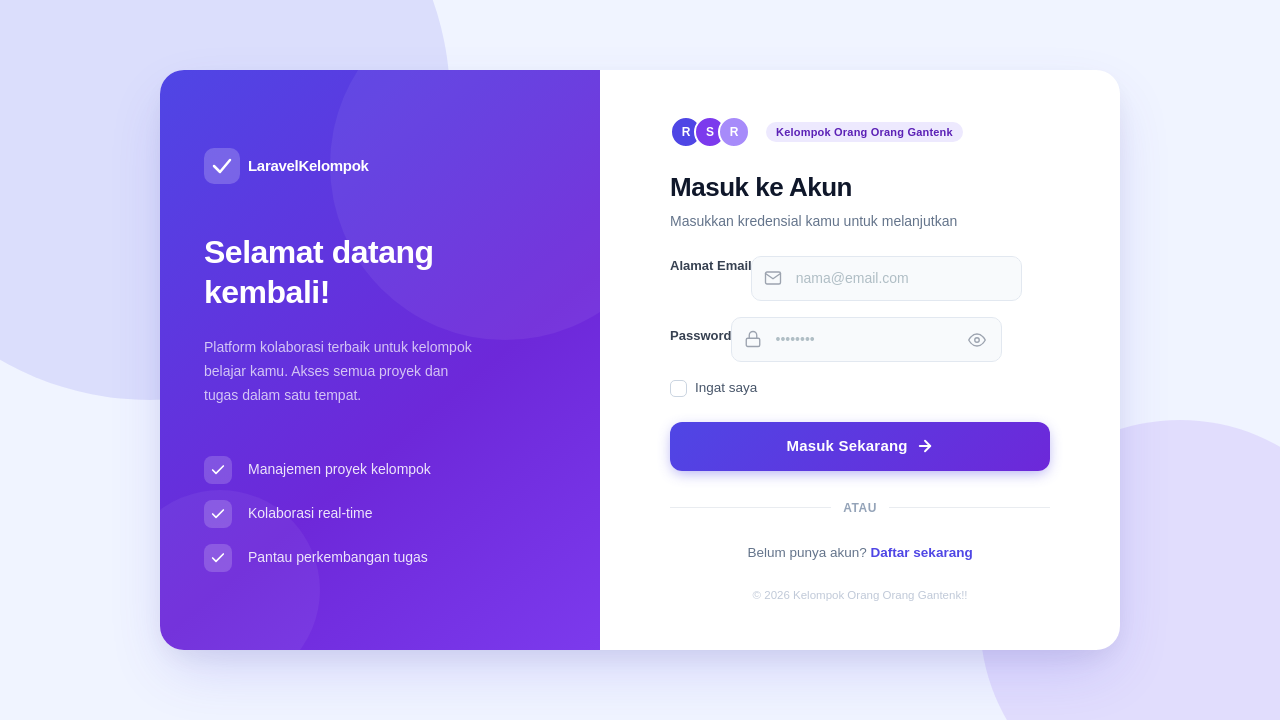
Repository: Risalagustian5/kelompok-rsr
Page: http://localhost/login
The author's editor kept a copy of each file at every save. The page is drawn from the files as they stood at one save, then again after a run of saves.
The browser window is 1280 px wide. The pictures show the whole page.
Some web fonts or font styles are not loaded; a fallback is used. The page is served by the project's Laravel application, run on PHP 8.4 with Laravel 12. Other server files are loaded and not shown.

Above is the page before, as saved 2026-07-12 21:54:28.

### routes/web.php
<?php
use App\Http\Controllers\PhotoController;
use Illuminate\Support\Facades\Route;
use App\Http\Controllers\AuthController;
use App\Http\Controllers\Api\VillaController;
use App\Http\Controllers\Api\BookingController;

// ── GUEST ONLY ──────────
Route::middleware('guest')->group(function () {
    Route::get('/',         [AuthController::class, 'showLogin']);
    Route::get('/login',    [AuthController::class, 'showLogin'])->name('login');
    Route::post('/login',   [AuthController::class, 'login']);
    Route::get('/register', [AuthController::class, 'showRegister'])->name('register');
    Route::post('/register',[AuthController::class, 'register']);
});

// ── LOGOUT ──────────────
Route::post('/logout', [AuthController::class, 'logout'])->name('logout')->middleware('auth');

// ════════════════════════════════════════════════════
// USER ROUTES (role: user)
// ════════════════════════════════════════════════════
Route::middleware(['auth', 'role:user'])->group(function () {
    Route::get('/dashboard', [AuthController::class, 'dashboard'])->name('dashboard');
    Route::get('/profile',   [AuthController::class, 'showProfile'])->name('profile');
    Route::post('/profile',  [AuthController::class, 'updateProfile'])->name('profile.update');
    Route::get('/tentang',   [AuthController::class, 'tentangKelompok'])->name('tentang');
    Route::get('/pengaturan',[AuthController::class, 'showPengaturan'])->name('pengaturan');
    Route::post('/pengaturan/password',[AuthController::class, 'updatePassword'])->name('pengaturan.password');

    // Villa (Blade)
    Route::get('/villas',       [VillaController::class, 'index'])->name('villas.index');
    Route::get('/villas/{id}',  [VillaController::class, 'show'])->name('villas.show');

    // Booking (Blade)
  // Pastikan baris ini ada:
    Route::post('/villas/{id}/book', [VillaController::class, 'storeBooking'])->name('villas.book');
    Route::get('/history',                [VillaController::class, 'historyBooking'])->name('history');
    Route::patch('/bookings/{id}/cancel', [VillaController::class, 'userCancelBooking'])->name('bookings.user.cancel');
});

// ════════════════════════════════════════════════════
// ADMIN ROUTES (role: admin)
// ════════════════════════════════════════════════════
Route::middleware(['auth', 'role:admin'])->prefix('admin')->name('admin.')->group(function () {
    Route::get('/dashboard', [AuthController::class, 'adminDashboard'])->name('dashboard');

    // Manajemen Users
    Route::get('/users',                        [AuthController::class, 'adminUsers'])->name('users');
    Route::get('/users/{user}/edit',            [AuthController::class, 'adminEditUser'])->name('users.edit');
    Route::put('/users/{user}',                 [AuthController::class, 'adminUpdateUser'])->name('users.update');
    Route::delete('/users/{user}',              [AuthController::class, 'adminDeleteUser'])->name('users.destroy');
    Route::post('/users/{user}/reset-password', [AuthController::class, 'adminResetPassword'])->name('users.reset-password');

    // Manajemen Villa (Blade)
    Route::get('/villas',           [VillaController::class, 'adminIndex'])->name('villas.index');
    Route::get('/villas/create',    [VillaController::class, 'create'])->name('villas.create');
    Route::post('/villas',          [VillaController::class, 'store'])->name('villas.store');
    Route::get('/villas/{id}/edit', [VillaController::class, 'edit'])->name('villas.edit');
    Route::put('/villas/{id}',      [VillaController::class, 'update'])->name('villas.update');
    Route::delete('/villas/{id}',   [VillaController::class, 'destroy'])->name('villas.destroy');

     // Upload Foto Villa
    Route::post('/photos', [PhotoController::class, 'store'])->name('photos.store');

    // Manajemen Pesanan (Booking) - pakai BookingController
    Route::get('/bookings',               [BookingController::class, 'adminBookings'])->name('bookings.index');
    Route::post('/bookings/{id}/confirm', [BookingController::class, 'confirmBooking'])->name('bookings.confirm');
    Route::patch('/bookings/{id}/cancel', [BookingController::class, 'cancelBooking'])->name('bookings.cancel');
    Route::delete('/bookings/{id}',       [BookingController::class, 'destroyBooking'])->name('bookings.destroy');
});

### app/Http/Controllers/AuthController.php
<?php

namespace App\Http\Controllers;

use Illuminate\Http\Request;
use Illuminate\Support\Facades\Auth;
use Illuminate\Support\Facades\Hash;
use App\Models\User;

class AuthController extends Controller
{
    // ── LOGIN & REGISTER ──
    public function showLogin()
    {
        return view('auth.login');
    }

    public function showRegister()
    {
        return view('auth.register');
    }

    public function register(Request $request)
    {
        $request->validate([
            'name'     => 'required|string|max:255',
            'email'    => 'required|email|unique:users,email',
            'password' => 'required|confirmed|min:6',
        ]);

        $user = User::create([
            'name'     => $request->name,
            'email'    => $request->email,
            'password' => Hash::make($request->password),
            'role'     => 'user', // default role
        ]);

        Auth::login($user);
        return redirect()->route('dashboard');
    }

    public function login(Request $request)
    {
        $request->validate([
            'email'    => 'required|email',
            'password' => 'required',
        ]);

        if (Auth::attempt(['email' => $request->email, 'password' => $request->password], $request->boolean('remember'))) {
            $request->session()->regenerate();
            return Auth::user()->role === 'admin'
                ? redirect()->route('admin.dashboard')
                : redirect()->route('dashboard');
        }
        return back()->withErrors(['email' => 'Email atau password salah.'])->onlyInput('email');
    }

    public function logout(Request $request)
    {
        Auth::logout();
        $request->session()->invalidate();
        $request->session()->regenerateToken();
        return redirect()->route('login');
    }

    // ── USER ROUTES ──
    public function dashboard()
    {
        return view('user.dashboard', ['user' => Auth::user()]);
    }

    public function showProfile()
    {
        return view('user.profile', ['user' => Auth::user()]);
    }

    public function updateProfile(Request $request)
    {
        $request->validate(['name' => 'required|string|max:255']);

        // UBAH Auth::user()->update(...) MENJADI:
        $request->user()->update(['name' => $request->name]);

        return back()->with('success', 'Profil berhasil diupdate!');
    }

    public function tentangKelompok()
    {
        $anggota = ['Rizal', 'Satria', 'Anggota Lain'];
        return view('user.tentang', compact('anggota'));
    }

   public function updatePassword(Request $request)
    {
        $request->validate([
            'password' => 'required|confirmed|min:6',
        ]);

        // PERBAIKAN: Ubah Auth::user()->update(...) menjadi $request->user()->update(...)
        $request->user()->update(['password' => Hash::make($request->password)]);

        return back()->with('success', 'Password berhasil diubah!');
    }
    // ── ADMIN ROUTES ──
    public function adminDashboard()
    {
        $totalUsers  = User::where('role', 'user')->count();
        $totalAdmins = User::where('role', 'admin')->count();
        return view('admin.dashboard', compact('totalUsers', 'totalAdmins'));
    }

    public function adminUsers()
    {
        $users = User::latest()->paginate(10);
        return view('admin.users', compact('users'));
    }

    public function adminEditUser(User $user)
    {
        return view('admin.edit-user', compact('user'));
    }

    public function adminUpdateUser(Request $request, User $user)
    {
        $request->validate([
            'name'  => 'required|string|max:255',
            'email' => 'required|email|unique:users,email,' . $user->id,
            'role'  => 'required|in:admin,user',
        ]);

        $user->update([
            'name'  => $request->name,
            'email' => $request->email,
            'role'  => $request->role,
        ]);

        return redirect()->route('admin.users')->with('success', 'Data user berhasil diperbarui!');
    }

    public function adminDeleteUser(User $user)
    {
        if ($user->id === Auth::id()) {
            return back()->withErrors(['error' => 'Tidak bisa menghapus akun sendiri.']);
        }
        $user->delete();
        return redirect()->route('admin.users')->with('success', 'User berhasil dihapus!');
    }
}

### public/css/Login-bootstrap.css
/* ============================================
   LOGIN PAGE — login-bootstrap.css
   Custom overrides on top of Bootstrap 5
   Place at: public/css/login-bootstrap.css
   PENTING: load file ini SETELAH bootstrap.min.css
   ============================================ */

body {
    font-family: 'Plus Jakarta Sans', sans-serif;
    background-color: #f0f4ff;
    min-height: 100vh;
    overflow: hidden;
    position: relative;
}

/* ---- BACKGROUND SHAPES ---- */
.bg-shapes {
    position: fixed;
    inset: 0;
    pointer-events: none;
    z-index: 0;
}

.shape {
    position: absolute;
    border-radius: 50%;
    opacity: 0.12;
}

.shape-1 { width: 600px; height: 600px; background: #4f46e5; top: -200px; left: -150px; }
.shape-2 { width: 400px; height: 400px; background: #7c3aed; bottom: -100px; right: -100px; }
.shape-3 { width: 250px; height: 250px; background: #2563eb; bottom: 100px; left: 200px; }

/* ---- PAGE WRAPPER ---- */
.page-wrapper {
    position: relative;
    z-index: 1;
    width: 100%;
    max-width: 960px;
    min-height: 580px;
    background: white;
    border-radius: 24px;
    overflow: hidden;
    box-shadow: 0 25px 60px -10px rgba(79, 70, 229, 0.2), 0 10px 30px -5px rgba(0, 0, 0, 0.08);
    margin: 24px;
}

/* ---- BRAND SIDE (kiri) ---- */
.brand-side {
    background: linear-gradient(140deg, #4f46e5 0%, #6d28d9 60%, #7c3aed 100%);
    padding: 48px 44px;
    position: relative;
    overflow: hidden;
}

.brand-side::before {
    content: '';
    position: absolute;
    width: 350px;
    height: 350px;
    border-radius: 50%;
    background: rgba(255, 255, 255, 0.06);
    top: -80px;
    right: -80px;
}

.brand-side::after {
    content: '';
    position: absolute;
    width: 200px;
    height: 200px;
    border-radius: 50%;
    background: rgba(255, 255, 255, 0.05);
    bottom: -40px;
    left: -40px;
}

.brand-content { position: relative; z-index: 1; }

.brand-logo span {
    color: white;
    font-size: 15px;
    font-weight: 700;
    letter-spacing: -0.3px;
}

.brand-content h1 {
    color: white;
    font-size: 32px;
    font-weight: 800;
    line-height: 1.25;
    letter-spacing: -0.5px;
}

.brand-content > p {
    color: rgba(255, 255, 255, 0.72);
    font-size: 14px;
    line-height: 1.7;
    max-width: 280px;
}

.feature-item {
    color: rgba(255, 255, 255, 0.88);
    font-size: 14px;
    font-weight: 500;
}

/* Bootstrap tidak punya .feature-icon jadi ini seharusnya aman,
   tapi dikunci width/height/radius secara eksplisit supaya tidak
   ketiban rule lain */
.brand-side .feature-icon {
    width: 28px !important;
    height: 28px !important;
    border-radius: 8px !important;
    background: rgba(255, 255, 255, 0.18) !important;
    color: white;
}

/* ---- FORM SIDE (kanan) ---- */
.form-side { padding: 40px 48px; }

.login-card { width: 100%; max-width: 380px; }

/* ---- CARD HEADER ---- */
.card-header .avatar {
    width: 32px !important;
    height: 32px !important;
    font-size: 12px;
    font-weight: 700;
    border: 2px solid white;
    margin-left: -8px;
    color: white;
}
.card-header .avatar:first-child { margin-left: 0; }
.av1 { background: #4f46e5; }
.av2 { background: #7c3aed; }
.av3 { background: #a78bfa; }

/* Bootstrap's .badge is inline/font-based with no bg by default in v5.3
   (it relies on bg-* utility). Because this element only has class
   "badge" with no bg-*, we set everything explicitly here so it
   matches the original pill design regardless of Bootstrap defaults. */
.card-header .badge {
    display: inline-block;
    background-color: #ede9fe !important;
    color: #5b21b6 !important;
    font-size: 11px !important;
    font-weight: 700 !important;
    padding: 4px 10px !important;
    border-radius: 20px !important;
    letter-spacing: 0.2px;
    line-height: normal;
    white-space: nowrap;
}

/* ---- HEADINGS ---- */
.login-card h2 {
    font-size: 26px;
    font-weight: 800;
    color: #0f172a;
    letter-spacing: -0.5px;
}

.subtitle { color: #64748b; font-size: 14px; }

/* ---- ALERTS ---- */
.login-card .alert {
    font-size: 13.5px;
    line-height: 1.5;
    border-radius: 10px;
}

.login-card .alert svg { flex-shrink: 0; margin-top: 1px; }

.login-card .alert-success {
    background-color: #d1fae5 !important;
    color: #065f46 !important;
    border-color: #a7f3d0 !important;
}

.login-card .alert-error {
    background-color: #fee2e2 !important;
    color: #991b1b !important;
    border-color: #fecaca !important;
}

.login-card .alert-error p { margin: 0; }

/* ---- FORM ELEMENTS ---- */
.input-group .form-label {
    font-size: 13px;
    font-weight: 600;
    color: #374151;
    margin-bottom: 7px;
}

.forgot-link {
    font-size: 12.5px;
    font-weight: 600;
    color: #4f46e5;
    text-decoration: none;
    transition: color 0.2s;
}
.forgot-link:hover { color: #3730a3; }

.input-wrapper { position: relative; }

.input-wrapper .input-icon {
    position: absolute;
    left: 13px;
    top: 50%;
    transform: translateY(-50%);
    color: #9ca3af;
    pointer-events: none;
    flex-shrink: 0;
    z-index: 5;
}

/* Kunci padding-left/right supaya icon dan toggle-password tidak
   nabrak teks input, walau Bootstrap .form-control punya padding
   default sendiri (0.375rem 0.75rem) */
.input-wrapper input.form-control {
    padding-top: 11px;
    padding-bottom: 11px;
    padding-left: 44px !important;
    padding-right: 44px !important;
    border: 1.5px solid #e2e8f0;
    border-radius: 10px;
    font-size: 14px;
    color: #1e293b;
    background-color: #f8fafc;
    box-shadow: none;
}

.input-wrapper input.form-control::placeholder { color: #b0bec5; }

.input-wrapper input.form-control:focus {
    border-color: #4f46e5;
    background-color: white;
    box-shadow: 0 0 0 3px rgba(79, 70, 229, 0.1);
}

.toggle-password {
    position: absolute;
    right: 12px;
    top: 50%;
    transform: translateY(-50%);
    background: none;
    border: none;
    cursor: pointer;
    color: #9ca3af;
    padding: 4px;
    transition: color 0.2s;
    z-index: 5;
}
.toggle-password:hover { color: #4f46e5; }

/* ---- REMEMBER (checkbox custom, dipertahankan gayanya) ---- */
.checkbox-label {
    font-size: 13.5px;
    color: #475569;
    font-weight: 500;
    cursor: pointer;
    user-select: none;
}

.checkbox-label input[type="checkbox"] { display: none; }

.checkmark {
    width: 17px !important;
    height: 17px !important;
    border: 1.5px solid #cbd5e1;
    border-radius: 5px !important;
    background-color: white;
    flex-shrink: 0;
    transition: all 0.2s;
}

.checkbox-label input[type="checkbox"]:checked + .checkmark {
    background-color: #4f46e5;
    border-color: #4f46e5;
}

.checkbox-label input[type="checkbox"]:checked + .checkmark::after {
    content: '';
    display: block;
    width: 9px;
    height: 5px;
    border-left: 2px solid white;
    border-bottom: 2px solid white;
    transform: rotate(-45deg) translateY(-1px);
}

/* ---- SUBMIT BUTTON ---- */
.btn-login {
    background: linear-gradient(135deg, #4f46e5 0%, #6d28d9 100%) !important;
    color: white !important;
    border: none !important;
    padding: 13px 20px;
    border-radius: 12px;
    font-size: 15px;
    font-weight: 700;
    transition: transform 0.15s, box-shadow 0.2s, opacity 0.2s;
    box-shadow: 0 4px 14px -2px rgba(79, 70, 229, 0.45);
    letter-spacing: 0.2px;
}

.btn-login:hover,
.btn-login:focus {
    color: white !important;
    transform: translateY(-1px);
    box-shadow: 0 6px 20px -2px rgba(79, 70, 229, 0.55);
}

.btn-login:active {
    transform: translateY(0);
    box-shadow: 0 2px 8px -2px rgba(79, 70, 229, 0.4);
    opacity: 0.92;
}

/* ---- DIVIDER ---- */
.divider {
    text-align: center;
    position: relative;
}

.divider::before {
    content: '';
    position: absolute;
    top: 50%;
    left: 0;
    right: 0;
    height: 1px;
    background: #e9ecf0;
}

.divider span {
    position: relative;
    background: white;
    padding: 0 12px;
    font-size: 12px;
    color: #94a3b8;
    font-weight: 600;
    letter-spacing: 0.5px;
    text-transform: uppercase;
}

/* ---- REGISTER LINK ---- */
.register-link { text-align: center; font-size: 13.5px; color: #64748b; }

.register-link a {
    color: #4f46e5;
    font-weight: 700;
    text-decoration: none;
    transition: color 0.2s;
}
.register-link a:hover { color: #3730a3; }

/* ---- FOOTER ---- */
.footer-text {
    text-align: center;
    font-size: 11.5px;
    color: #c0c9d8;
    font-weight: 500;
}

/* ============================================
   RESPONSIVE
   ============================================ */
@media (max-width: 767.98px) {
    body { overflow: auto; }
    .bg-shapes { display: none; }

    .page-wrapper {
        margin: 0;
        border-radius: 0;
        min-height: 100vh;
        box-shadow: none;
    }

    .brand-side { padding: 32px 28px 28px; }
    .brand-content h1 { font-size: 24px; }
    .brand-content > p,
    .feature-list { display: none; }
    .brand-logo { margin-bottom: 0 !important; }

    .form-side { padding: 32px 28px 40px; align-items: flex-start; }
    .login-card { max-width: 100%; }
}

@media (max-width: 900px) and (min-width: 768px) {
    .brand-content h1 { font-size: 26px; }
    .form-side { padding: 36px; }
}

Loaded but not shown: app/Http/Controllers/Controller.php (common file); resources/views/auth/login.blade.php (175 lines, source omitted)

After the next 2 saves:
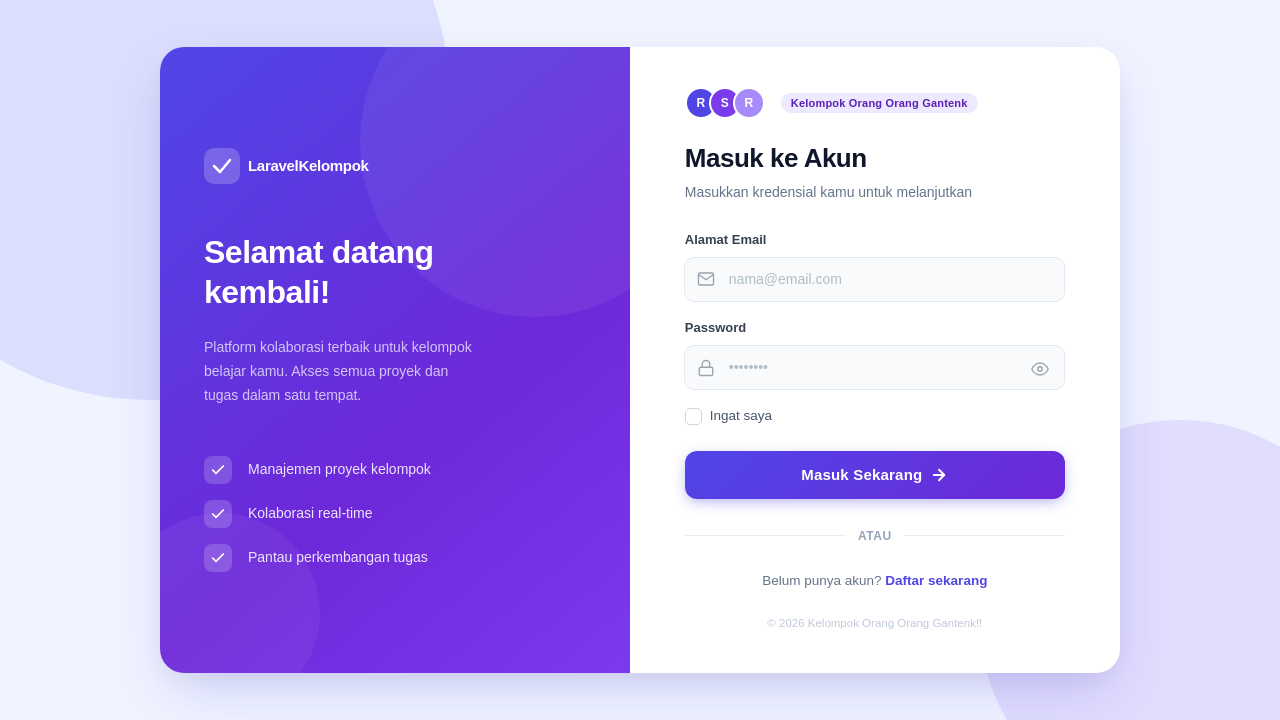
The 2 saves are shown as one change because they came seconds apart.
The last was saved 103 s later.
--- a/public/css/Login-bootstrap.css
+++ b/public/css/Login-bootstrap.css
@@ -392,3 +392,6 @@ body {
     .brand-content h1 { font-size: 26px; }
     .form-side { padding: 36px; }
 }
+.login-card .input-group {
+    display: block !important;
+}
